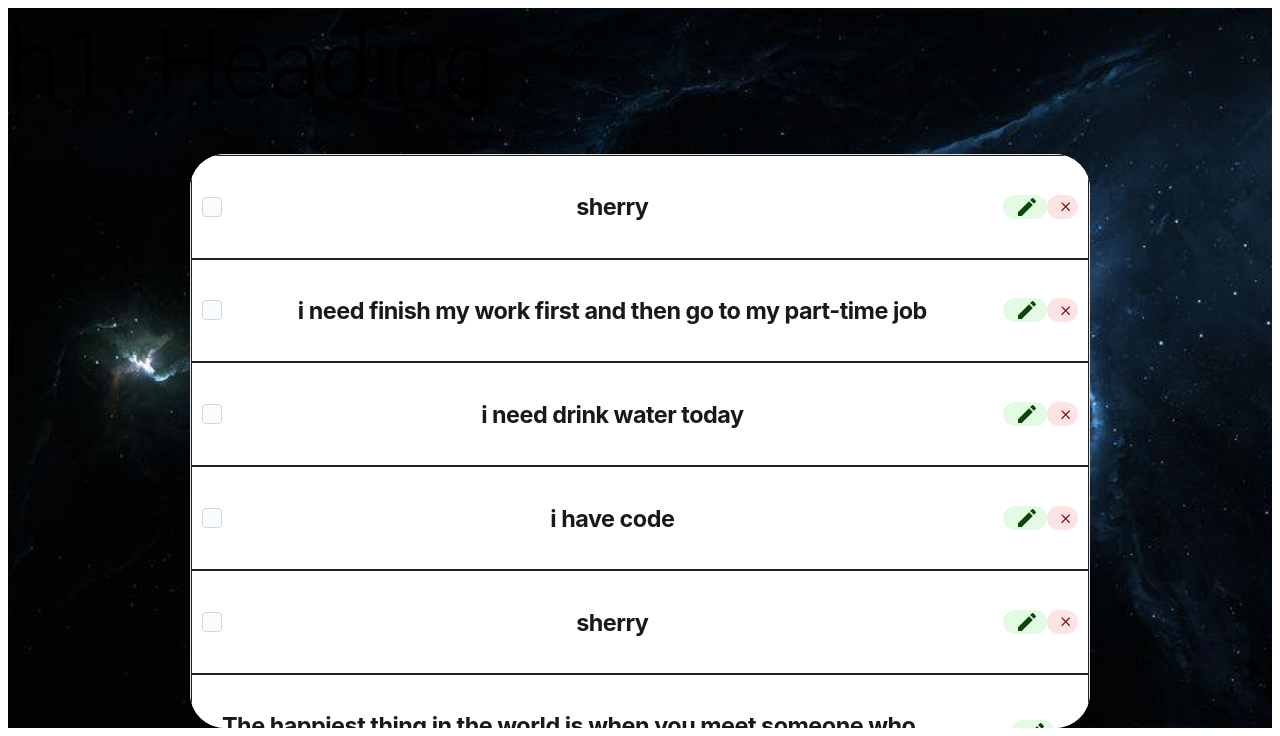
Repository: Tracy-maker/TodoList
Page: /
These files come from the project's save history. The page is drawn as it stood at one moment and after the next save; the edit follows.
The browser window is 1280 px wide. The pictures show the whole page.
The project was rebuilt for these pictures with package versions that can differ from the ones it lists, and the page was loaded fresh each time. Requests to the local data server were answered from the project's data file. Also part of the build but not shown: src/components/TaskEdit.js.

Above is the page before, as saved 2023-09-19 22:59:46.

After the next save:
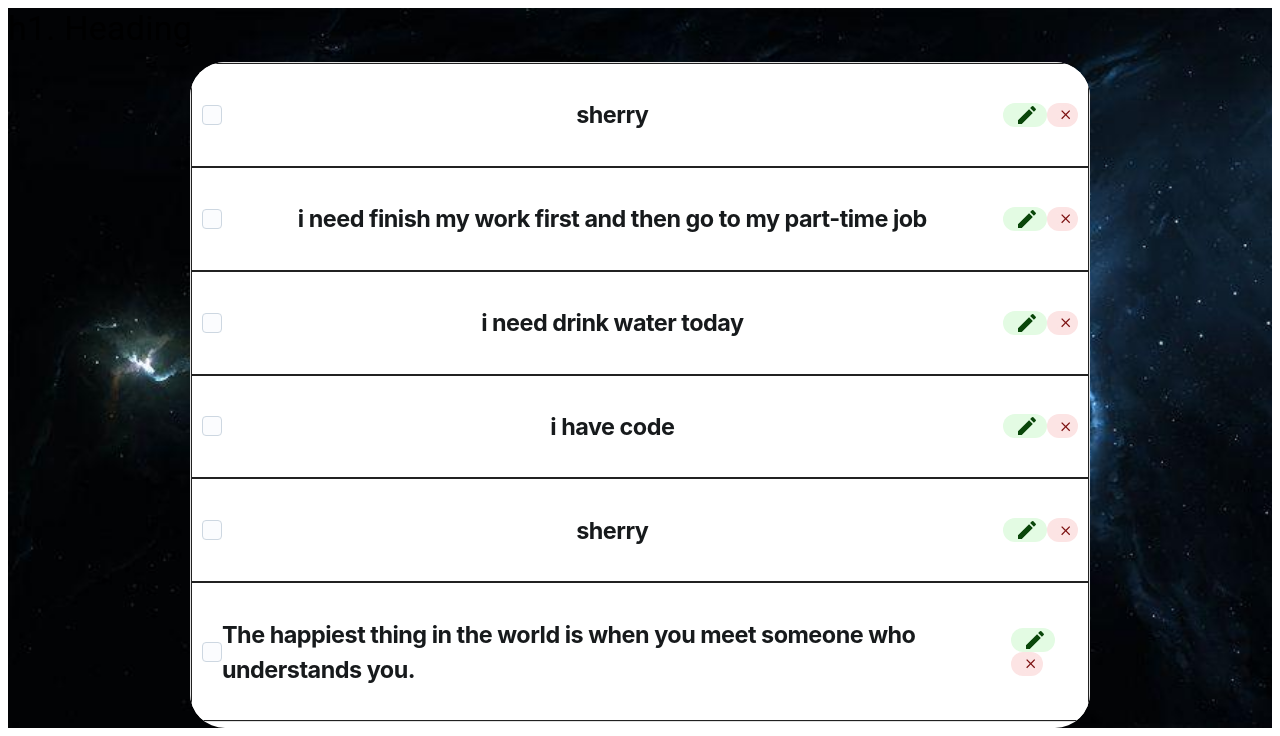
Saved 15 s later.
--- a/src/App.js
+++ b/src/App.js
@@ -107,7 +107,7 @@ function App() {
 
   return (
     <StyledContainer>
-       <Typography variant="h1" gutterBottom>
+       <Typography variant="h4" gutterBottom>
         h1. Heading
       </Typography>
       <TaskForm>
